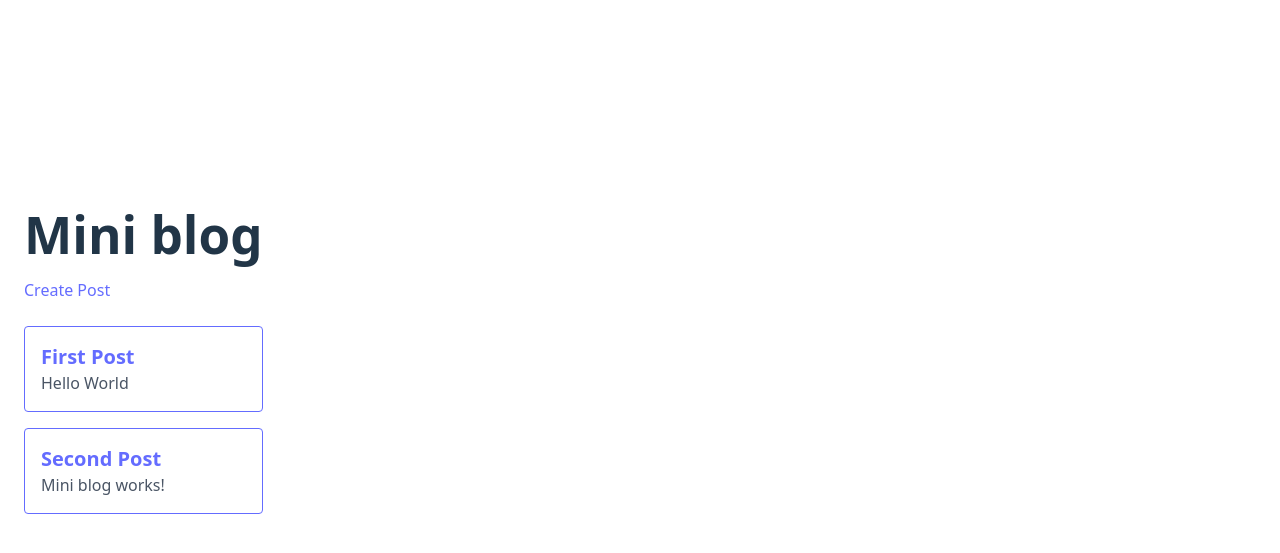
Repository: Reno-mathews/Mini-Blog-MERN
Page: /
The author's editor kept a copy of each file at every save. The page is drawn from the files as they stood at one save, then again after a run of saves.
The browser window is 1280 px wide. The pictures show the whole page.
The project was rebuilt for these pictures with package versions that can differ from the ones it lists, and the page was loaded fresh each time. Also part of the build but not shown: vite.config.js, src/pages/CreatePost.jsx, src/pages/PostDetail.jsx.

Above is the page before, as saved 2026-01-08 10:02:52.

After the next 2 saves:
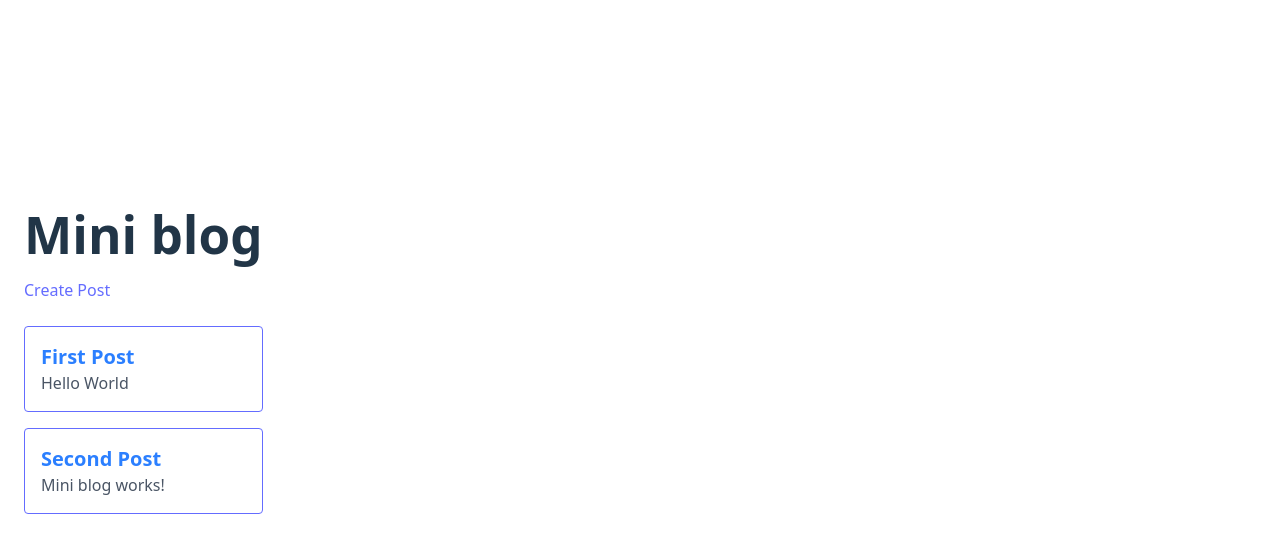
The 2 saves are shown as one change because 1 did not build or start.
The last was saved 11 min 38 s later.
--- a/src/pages/Home.jsx
+++ b/src/pages/Home.jsx
@@ -17,14 +17,7 @@ export default function Home() {
 
             <div className="mt-6 space-y-4">
                 {posts.map(post => (
-                    <Link
-                        key={post.id}
-                        to={`/post/${post.id}`}
-                        className="block p-4 border rounded hover:bg-gray-50"
-                    >
-                        <h2 className="text-xl font-semibold">{post.title}</h2>
-                        <p className="text-gray-600">{post.content}</p>
-                    </Link>
+                    <PostCard key={post.id} post={post} />
                 ))}
             </div>
         </div>
